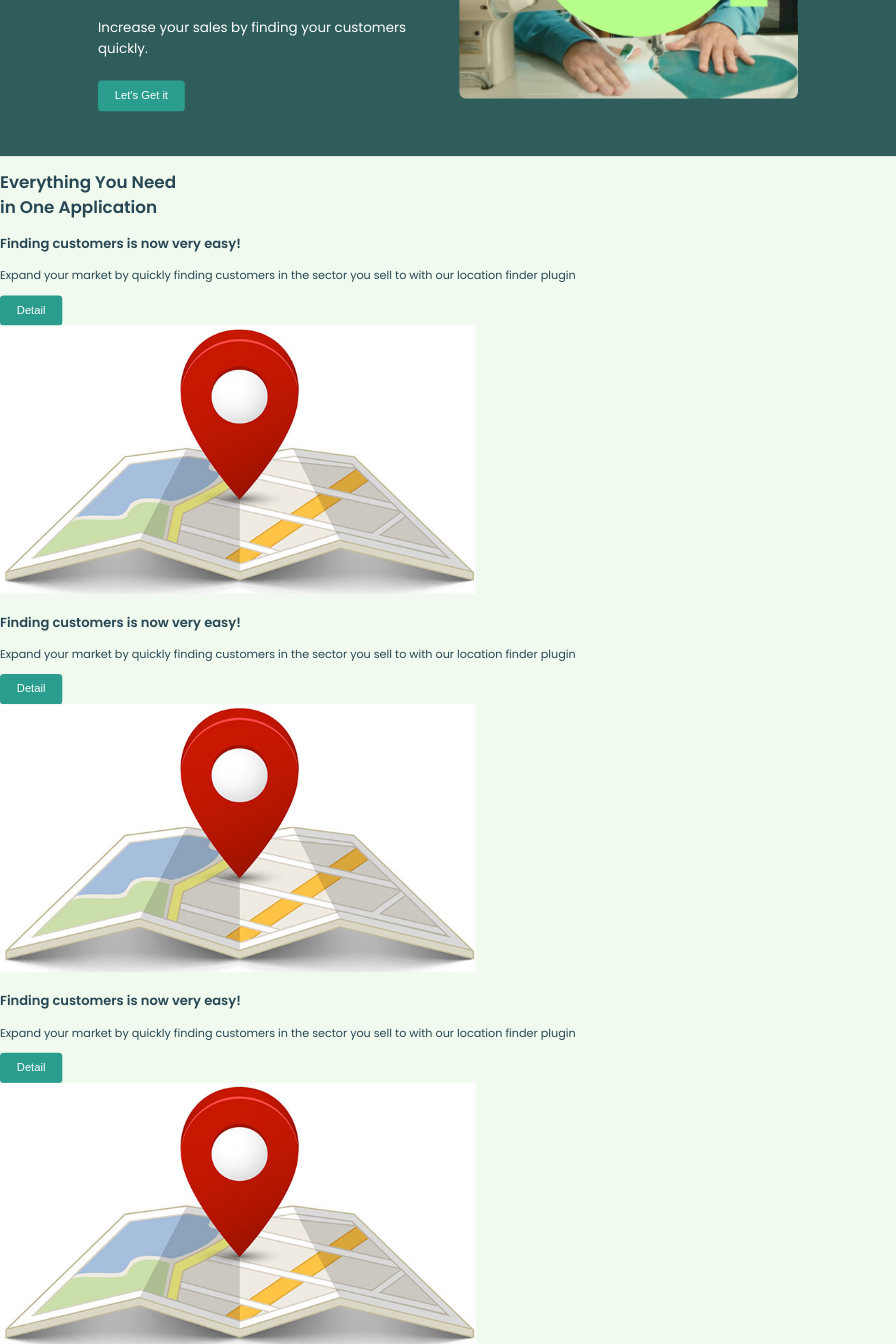
Repository: senolinanyasar/myrouteapplication
Page: /
The author's editor kept a copy of each file at every save. The page is drawn from the files as they stood at one save, then again after the next save.
The browser window is 1280 px wide. The pictures show the part of the page from y = 490 to 2410 px (the page is 4290 px tall before and 3941 px after), at 70% of full size.
The project was rebuilt for these pictures with package versions that can differ from the ones it lists, and the page was loaded fresh each time. Also part of the build but not shown: vite.config.js.

Above is the page before, as saved 2024-11-14 20:08:16.

### src/index.css
@import url('https://fonts.googleapis.com/css2?family=Poppins:wght@400;600&display=swap');

body {
  font-family: 'Poppins', sans-serif;
  color: #264653;
  background-color: #f1faee;
  margin: 0;
  padding: 0;
  box-sizing: border-box;
}

code {
  font-family: source-code-pro, Menlo, Monaco, Consolas, 'Courier New',
    monospace;
}

### src/App.js
import React from 'react';
import HomePage from './components/HomePage';

function App() {
  return (
    <div className="App">
      <HomePage/>
    </div>
  );
}

export default App;

### src/components/HomePage.js
// HomePage.js
import React from 'react';
import TopBar from './TopBar';
import Header from './Header';
import HeroSection from './HeroSection';
import FeaturesSection from './FeaturesSection';
import PricingSection from './PricingSection';
import IndustriesSection from './IndustriesSection';
import Footer from './Footer';

const HomePage = () => {
    return (
        <div>
            <TopBar />
            <Header />
            <HeroSection />
            <FeaturesSection />
            <PricingSection />
            <IndustriesSection />
            <Footer />
        </div>
    );
};

export default HomePage;

### src/components/TopBar.js
// TopBar.js
import React from 'react';
import './TopBar.css';

const TopBar = () => {
    return (
        <div className="top-bar">
            <div className="top-bar-content">
                <span>Destek</span>
                <span>0232 323 3223</span>
                <a href="#contact">İletişim</a>
            </div>
        </div>
    );
};

export default TopBar;

### src/components/Header.js
// Header.js
import React from 'react';
import './Header.css';

const Header = () => {
    return(
        <header className="header">
            <div className="header-logo">/logo url</div>
            <nav className="header-nav">
                <a href="#features">Özellikler</a>
                <a href="#industries">Sektörler</a>
                <a href="#pricing">Fiyatlandırma</a>
                <a href="#about">Hakkımızda</a>
                <a href='#contact'>İletişim</a>
            </nav>
            <div className="header-buttons">
                <button className="login-button">Giriş</button>
                <button className="register-button">Kayıt Ol</button>
            </div>
        </header>
    );
};


export default Header;

### src/components/HeroSection.js
// HeroSection.js
import React from 'react';
import './HeroSection.css';
import herosectionimage from '../images/hero1.webp';

const HeroSection = () =>{
    return(
        <section className="hero">
            <div className='hero-content'>
                <div className='hero-text'>
                    <h1>Customer Finding and Account Management Application Coming from the Heart of Commerce</h1>
                    <p>Increase your sales by finding your customers quickly.</p>
                    <button className='cta-button'>Let's Get it</button>
                </div>
                <div className='hero-image'>
                    <img src={herosectionimage} alt="Hero"/>
                </div>
            </div>
        </section>
    );
};

export default HeroSection;

### src/components/FeaturesSection.js
// FeaturesSection.js
import React from 'react';
import './FeaturesSection.css';
import locationImage from '../images/location.jpg';

const FeaturesSection = () => {
    return (
        <section className="feature-section">
            <h2 className='features-title'>Everything You Need <br /> in One Application</h2>
            <div className='feature'>
                <div className='feature-text'>
                    <h3>Finding customers is now very easy!</h3>
                    <p>Expand your market by quickly finding customers in the sector you sell to with our location finder plugin</p>
                </div>
                <button className='cta-button'>Detail</button>
            </div>
            <div className='feature-image'>
            <img src={locationImage} alt="Location Feature" />
            </div>
            <div className='feature'>
                <div className='feature-text'>
                    <h3>Finding customers is now very easy!</h3>
                    <p>Expand your market by quickly finding customers in the sector you sell to with our location finder plugin</p>
                </div>
                <button className='cta-button'>Detail</button>
            </div>
            <div className='feature-image'>
            <img src={locationImage} alt="Location Feature" />
            </div>
            <div className='feature'>
                <div className='feature-text'>
                    <h3>Finding customers is now very easy!</h3>
                    <p>Expand your market by quickly finding customers in the sector you sell to with our location finder plugin</p>
                </div>
                <button className='cta-button'>Detail</button>
            </div>
            <div className='feature-image'>
            <img src={locationImage} alt="Location Feature" />
            </div>
            <div className='feature'>
                <div className='feature-text'>
                    <h3>Finding customers is now very easy!</h3>
                    <p>Expand your market by quickly finding customers in the sector you sell to with our location finder plugin</p>
                </div>
                <button className='cta-button'>Detail</button>
            </div>
            <div className='feature-image'>
            <img src={locationImage} alt="Location Feature" />
            </div>
        </section>
    );
};

export default FeaturesSection;

### src/components/PricingSection.js
// PricingSection.js
import React from "react";
import './PricingSection.css';

const PricingSection = () => {
    return (
        <section className="pricing">
        <h2>Abonelik Planı</h2>
        <div className="pricing-cards">
          <div className="pricing-card">
            <h3>Basit Plan</h3>
            <p>₺500/Aylık</p>
            <ul>
              <li>Müşteri Takibi</li>
              <li>Ürün ve Stok Takibi</li>
              <li>Finansal Veri Takibi</li>
            </ul>
            <button className="cta-button">Basit Seçim</button>
          </div>
          <div className="pricing-card">
            <h3>Gelişmiş Plan</h3>
            <p>₺900/Aylık</p>
            <ul>
              <li>Lokasyon</li>
              <li>Müşteri Takibi</li>
              <li>Ürün ve Stok Takibi</li>
              <li>Finansal Veri Takibi</li>
            </ul>
            <button className="cta-button">Gelişmiş Seçim</button>
          </div>
          </div>
      </section>
    );
};

export default PricingSection;

### src/components/IndustriesSection.js
// IndustriesSection.js
import React from "react";
import './IndustriesSection.css';

const IndustriesSection = () => {
    return (
        <section className="industries">
            <h2>Hizmet Verdiğimiz Sektörler</h2>
            <div className="industry-cards">
                <div className="industry-card">
                    <h3>Toptancı</h3>
                    <p>Toptancı işletmelerinin operasyonlarını kolaylaştırmaya yardımcı olmak.</p>
                </div>
            </div>
        </section>
    );
};

export default IndustriesSection;

### src/components/Footer.js
// Footer.js

import React from 'react';
import './Footer.css';
import { FaFacebook, FaInstagram, FaLinkedin, FaTwitter, FaYoutube } from 'react-icons/fa';

const Footer = () => {
    return (
        <footer className="footer">
            <div className='footer-container'>
                {/* Logo ve Adres */}
                <div className='footer-logo-section'>
                    <h2 className='footer-logo'>MyRouteApp</h2>
                    <p>Şirket Adres : İZMİR</p>
                    <div className='social-icons'>
                        <FaFacebook />
                        <FaTwitter />
                        <FaInstagram />
                        <FaLinkedin />
                        <FaYoutube />
                    </div>
                </div>

                {/* Site Haritası */}
                <div className="footer-links">
                    <h3>Özellikler</h3>
                    <ul>
                        <li>-----------</li>
                        <li>-----------</li>
                        <li>-----------</li>
                        <li>-----------</li>
                        <li>-----------</li>
                        <li>-----------</li>
                    </ul>
                </div>

                <div className="footer-links">
                    <h3>Şirket</h3>
                    <ul>
                        <li>-----------</li>
                        <li>-----------</li>
                        <li>-----------</li>
                        <li>-----------</li>
                    </ul>
                </div>

                <div className="footer-links">
                    <h3>Hakkımızda</h3>
                    <ul>
                        <li>Gizlilik Koşulları</li>
                        <li>KVKK Aydınlatma Metni</li>
                    </ul>
                </div>
            </div>

            <div className="footer-bottom">
                <p>&copy; 2024 Tüm hakları saklıdır.</p>
            </div>
        </footer>
    );
};

export default Footer;

### src/components/TopBar.css
/* TopBar.css */

.top-bar {
    background-color: #2f5d5b;
    color: white;
    padding: 0.5rem;
    font-size: 0.9rem;
    display: flex;
    justify-content: center;
    position: fixed;
    top: 0;
    width: 99%;
    z-index: 1000;
}
.top-bar-content {
    display: flex;
    gap: 1rem;
    align-items: center;
    justify-content: flex-end;
    width: 100%;
}

.top-bar-content span{
    color: #ffffff;
}
.top-bar-content a{
    color: #9fe7c0;
    text-decoration: none;
    transition: color 0.3s;
}

.top-bar-content a:hover{
    color: #c3f2d0;
}

### src/components/Header.css
/* Header.css */
.header{
    display: flex;
    justify-content: space-between;
    align-items: center;
    padding: 1rem 2rem;
    background-color: #2a9d8f;
    color: white;
    margin-top: 2rem;
    position: sticky;
    top: 2rem;
    z-index: 999;
}


.header-logo {
    font-size: 1.5rem;
    font-weight: bold;
}
.header-nav a{
    margin: 0 1rem;
    color: white;
    text-decoration: none;
}
.header-nav a:hover {
    color: #e9c46a;
  }

.header-buttons button{
    margin-left: 1rem;
    padding: 0.5rem 1rem;
    border: none;
    border-radius: 5px;
}

.login-button{
    background-color: #264653;
    color: white;
}

.register-button{
    background-color: #e9c46a;
    color: black;
}

### src/components/HeroSection.css
.hero {
    padding: 4rem 2rem;
    background-color: #2f5d5b;
    color: white;

}

.hero-content {
    display: flex;
    align-items: center;
    justify-content: space-between;
    max-width: 1000px;
    margin: 0 auto;
}

.hero-text {
    flex: 1;
    margin-right: 2rem;
}

.hero h1 {
    font-size: 2.5rem;
    margin-bottom: 1rem;

}

.hero p {
    font-size: 1.2rem;
    margin-bottom: 2rem;

}

.cta-button {
    padding: 0.8rem 1.5rem;
    font-size: 1rem;
    color: #2f5d5b;
    background-color: #9fe7c0;
    border: none;
    border-radius: 5px;
    cursor: pointer;
    transition: background-color 0.3s ease;
}

.cta-button:hover {
    background-color: #c3f2d0;
}

.hero-image {
    flex: 1;
    max-width: 500px;
    height: auto;

}

.hero-image img {
    width: 100%;
    height: auto;
    object-fit: cover;
    border-radius: 10px;
}

### src/components/PricingSection.css
/* PricingSection.css */

.pricing{
    padding: 3rem;
    background-color: #f4a261;
    color: #264653;
    text-align: center;
}

.pricing h2{
    font-size: 2rem;
    margin-bottom: 2rem;
}

.pricing-cards {
    display: flex;
    justify-content: space-around;
    flex-wrap: wrap;
}

.pricing-card {
    background-color: white;
    padding: 2rem;
    border-radius: 10px;
    width: 250px;
    margin: 1rem;
    box-shadow: 0px 4px 8px  rgba(0, 0, 0, 0.2);
    transition: transform 0.3s ease;
}

.pricing-card:hover{
    transform: scale(1.05);
}

.cta-button{
    padding: 0.8rem 1.5rem;
    font-size: 1rem;
    color: white;
    background-color: #2a9d8f;
    border: none;
    border-radius: 5px;
    cursor: pointer;
    transition: background-color 0.3s ease;
}

.cta-button:hover{
    background-color: #e76f51;
}

### src/components/IndustriesSection.css
/* IndustriesSection.css */

.industries {
    padding: 3rem;
    background-color: #264653;
    color: white;
    text-align: center;
}

.industries h2{
    font-size: 2rem;
    margin-bottom: 2rem;
}

.industries-cards{
    display: flex;
    justify-content: space-around;
    flex-wrap: wrap;
}

.industries-card{
    background-color: #2a9d8f;
    padding: 1.5rem;
    border-radius: 10px;
    width: 250px;
    margin: 1rem;
    box-shadow: 0px 4px 8px rgba(0, 0, 0, 0,2);
    transition: transform 0.3s ease;
}

.industries-card:hover{
    transform: translateY(-5px);
}

### src/components/Footer.css
/* Footer.css */

.footer {
    background-color: #2f5d5b;
    color: white;
    padding: 3rem 2rem;
}
.footer-container{
    display: flex;
    flex-wrap: wrap;
    justify-content: space-around;
    gap: 2rem;
}

.footer-logo-seciton{
    max-width: 200px;
}

.footer-logo{
    font-size: 1.5rem;
    margin-bottom: 1rem;
}
.footer-logo-seciton p{
    margin-bottom: 1rem;
}
.social-icons{
    display: flex;
    gap: 0.5rem;
}
.social-icons svg:hover{
    color: #9fe7c0;
}
.footer-links{
    max-width: 150px;
}
.footer-links h3{
    font-size: 1.2rem;
    margin-bottom: 1rem;
}
.footer-links ul{
    list-style: none;
    padding: 0;
}
.footer-links ul li {
    margin-bottom: 0.5rem;
    cursor: pointer;
    transition: color 0.3s;
}
.footer-links ul li:hover{
    color: #9fe7c0;
}

.footer-bottom {
    text-align: center;
    margin-top: 2rem;
    font-size: 0.9rem;
    border-top: 1px solid #9fe7c0;
    padding-top: 1rem;
}

### src/components/FeaturesSection.css
/* FeaturesSection.css */
.features {
    padding: 2rem;
    background-color: #f4a261;
    color: #264653;
    text-align: center;
}

.features h2 {
    font-size: 2rem;
    margin-bottom: 1rem;
}

.features-list {
    display: flex;
    justify-content: space-around;
    flex-wrap: wrap;
}

.features-item{
    background-color: white;
    padding: 1.5rem;
    margin: 1rem;
    border-radius: 10px;
    width: 200px;
    box-shadow: 0px 4px 8px rgba(0, 0, 0, 0.2);
    transition: transform 0.2s ease-in-out;
}

.features-item:hover{
    transform: translateY(-5px);
}

Loaded but not shown: public/index.html (common file); src/index.js (common file); src/reportWebVitals.js (common file)

After the next save:
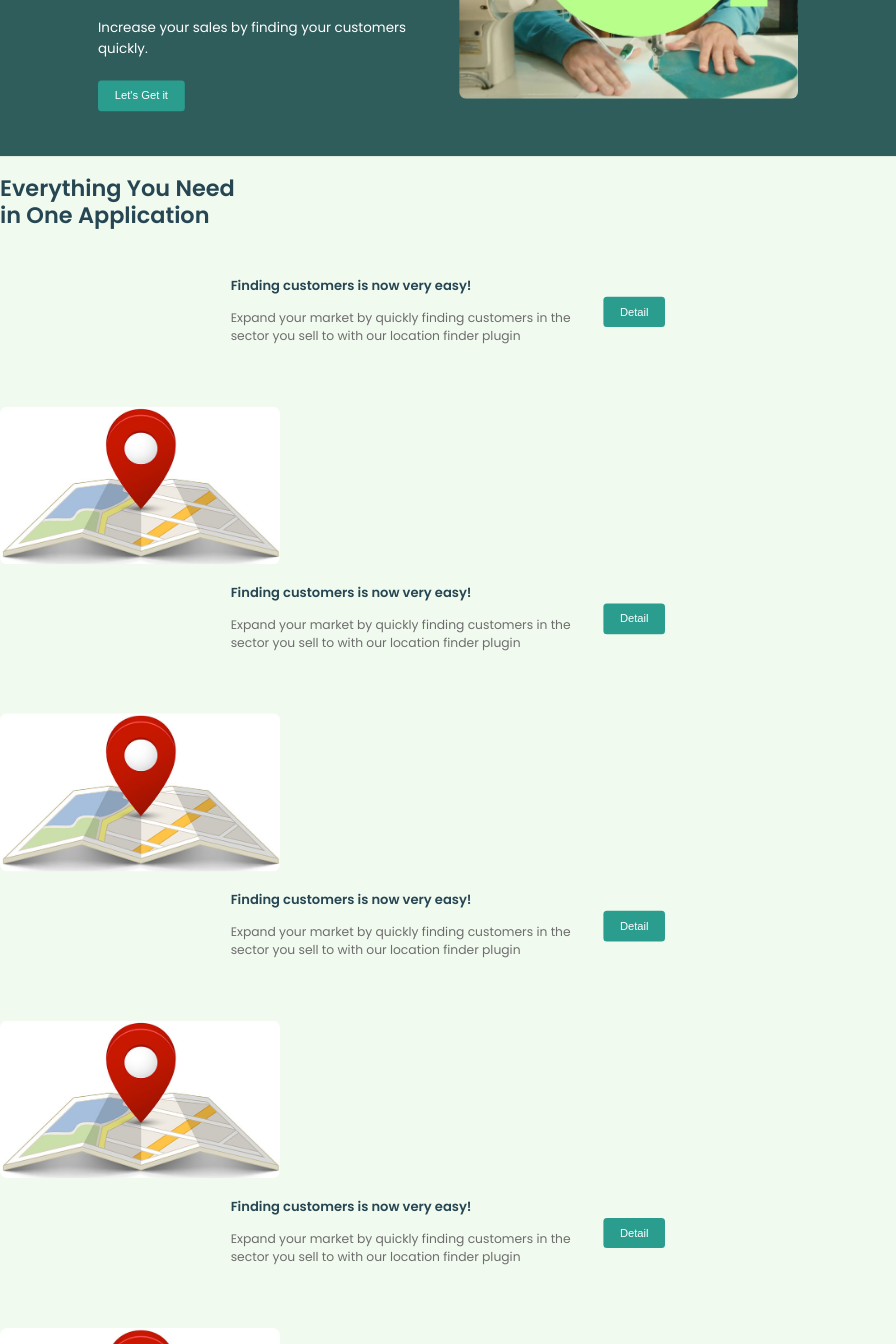
Saved 6 min 20 s later.
--- a/src/components/FeaturesSection.css
+++ b/src/components/FeaturesSection.css
@@ -1,32 +1,75 @@
 /* FeaturesSection.css */
-.features {
-    padding: 2rem;
-    background-color: #f4a261;
-    color: #264653;
+.features-section {
+    padding: 4rem 2rem;
     text-align: center;
 }
 
-.features h2 {
+.features-title {
     font-size: 2rem;
+    font-weight: 600;
+    color: #264653;
+    margin-bottom: 3rem;
+    line-height: 1.2;
+}
+
+
+
+.feature {
+    display: flex;
+    align-items: center;
+    justify-content: center;
+    gap: 2rem;
+    margin-bottom: 4rem;
+    flex-direction: row;
+}
+
+.feature:nth-child(even) {
+    flex-direction: row;
+}
+
+.feature-text {
+    flex: 1;
+    max-width: 500px;
+    text-align: left;
+}
+
+.features h3 {
+    font-size: 1.8rem;
+    font-weight: 600;
+    color: #264653;
     margin-bottom: 1rem;
 }
 
-.features-list {
-    display: flex;
-    justify-content: space-around;
-    flex-wrap: wrap;
+.feature-text p {
+    font-size: 1.1rem;
+    color: #6d6d6d;
+    margin-bottom: 1.5rem;
 }
 
-.features-item{
-    background-color: white;
-    padding: 1.5rem;
-    margin: 1rem;
-    border-radius: 10px;
-    width: 200px;
-    box-shadow: 0px 4px 8px rgba(0, 0, 0, 0.2);
-    transition: transform 0.2s ease-in-out;
+.cta-button {
+    padding: 0.8rem 1.5rem;
+    font-size: 1rem;
+    color: #2f5d5b;
+    background-color: #9fe7c0;
+    border: none;
+    border-radius: 5px;
+    cursor: pointer;
+    transition: background-color 0.3s ease;
 }
 
-.features-item:hover{
-    transform: translateY(-5px);
+.cta-button:hover {
+    background-color: #c3f2d0;
 }
+
+.feature-image {
+    flex: 1;
+    max-width: 400px;
+    height: auto;
+}
+
+.feature-image img {
+    width: 100%;
+    height: auto;
+    object-fit: cover;
+    border-radius: 10px;
+}
